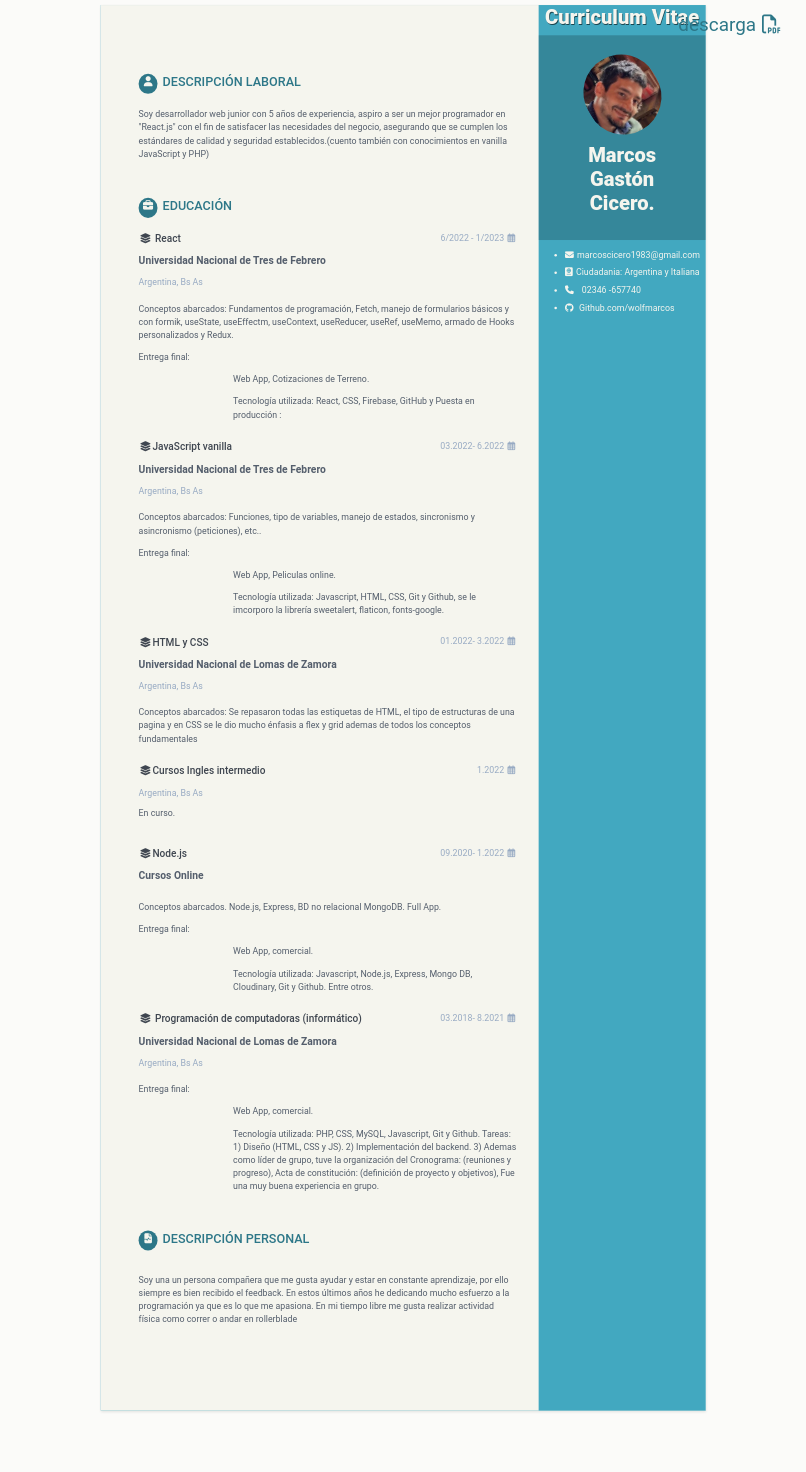
Repository: wolfmarcos/CV-Marcos-Cicero
Page: index.html
The author's editor kept a copy of each file at every save. The page is drawn from the files as they stood at one save, then again after a run of saves.
The browser window is 1280 px wide. The pictures show the whole page, at 63% of full size.
Some icons come from a web library that is not loaded, so they are not drawn. Some web fonts or font styles are not loaded; a fallback is used. Some web libraries are served in a nearby version.

Above is the page before, as saved 2023-01-27 18:24:32.

### index.html
<!DOCTYPE HTML>
<HTML lang="en">

<head>
    <meta charset="UTF-8">
    <meta http-equiv="X-UA-Compatible" content="IE=edge" />
    <meta name="viewport" content="width=device-width, initial-scale=1.0" />
    <link rel="preconnect" href="https://fonts.googleApps.com" />
    <link rel="preconnect" href="https://fonts.gstatic.com" crossorigin />
    <link href="https://fonts.googleApps.com/css2?family=Exo:wght@100&family=Zen+Dots&display=swap" rel="stylesheet" />
    <link rel="stylesheet" href="https://fonts.googleApps.com/css2?family=Material+Symbols+Outlined" />

    <!-- FontAwesome JS-->
    <script src="https://kit.fontawesome.com/708068a0d3.js" crossorigin="anonymous"></script>

    <!-- <script src="https://cdnjs.cloudflare.com/ajax/libs/jspdf/2.5.1/jspdf.umd.min.js"></script> -->
    <!-- <script defer src="https://cdnjs.cloudflare.com/ajax/libs/jspdf/1.5.3/jspdf.debug.js"></script> -->
    <!-- <script defer src="/assets/HTML2canva.js"></script> -->
    <script defer src="//cdn.jsdelivr.net/npm/sweetalert2@11"></script>
    <link rel="stylesheet" href="assets/indexCss.css">
    <script defer src="assets/app.js"></script>
    <title>CV</title>
</head>

<body>


    <!-- <a class="pdf" href="" target="blank"><span class="des">descarga</span>
        <div"><i class="fa-regular fa-file-pdf"></i></div>

        https://wolfmarcos.Github.io/CV-Marcos-Cicero/
    </a> -->

    <a class="pdf" href="https://wolfmarcos.Github.io/CV-Marcos-Cicero/assets/images/CV_Marcos_Cicero.pdf"
        target="_blank" download="CV_Marcos_Cicero"><span class="des">descarga</span>
        <div"><i class="fa-regular fa-file-pdf"></i></div>

    </a>



    <div class="wrapper mt-lg-5">
        <div class="sidebar-wrapper ">
            <h1 class="name titulo"> Curriculum Vitae </h1>
            <div class="profile-container">
                <img class="profile" src="assets/images/mgc.bmp" />
                <h1 class="name">Marcos Gastón Cicero.</h1>
                <h3 class="tagline"></h3>
            </div>

            <div class="contact-container container-block">
                <ul class="list-unstyled contact-list">
                    <li class="email"><i class="fa-solid fa-envelope"></i><a
                            href="mailto: marcoscicero1983@gmail.com">marcoscicero1983@gmail.com</a></li>
                    <li class="email"><i class="fa-solid fa-passport"></i><a>Ciudadania: Argentina y Italiana</a></li>
                    <li class="phone">
                        <i class="fa-solid fa-phone"></i>
                        <i class="fa-thin fa-phone-volume"></i>
                        <a href="tel:02346 -65774">02346 -657740 </a>
                    </li>
                    <li class="Github">
                        <!-- <i class="fa-brands fa-square-github"></i> -->
                        <i class="fa-brands fa-github"></i>

                        <a href="https://Github.com/wolfmarcos"
                            target="_blank">Github.com/wolfmarcos</a></li>



                </ul>
            </div>

        </div>

        <div class="main-wrapper">

            <section class="section summary-section">
                <h2 class="section-title"><span class="icon-holder"><i class="fa-solid fa-user"></i></span>Descripción
                    Laboral</h2>
                <div class="summary">
                    <p>Soy desarrollador web junior con 5 años de experiencia, aspiro a ser un mejor programador en
                        "React.js" con el fin de satisfacer las necesidades del negocio, asegurando que se cumplen los
                        estándares de calidad y seguridad establecidos.(cuento también con conocimientos en vanilla
                        JavaScript y PHP)</p>
                </div>
            </section>
            <section class="section experiences-section">
                <h2 class="section-title"><span class="icon-holder"><i
                            class="fa-solid fa-briefcase"></i></span>Educación</h2>

                <div class="item">
                    <div class="meta">
                        <div class="upper-row">
                            <h3 class="job-title"><i class="fa-solid fa-layer-group"></i> React </h3>
                            <h3>Universidad Nacional de Tres de Febrero</h3>
                            <div class="time">6/2022 - 1/2023 <i class="fa-regular fa-calendar-days"></i></div>
                            <div class="company">Argentina, Bs As </div>
                        </div>
                    </div>
                    <div class="details">
                        <p>Conceptos abarcados: Fundamentos de programación, Fetch, manejo de formularios básicos y con
                            formik, useState, useEffectm, useContext, useReducer, useRef, useMemo, armado de Hooks
                            personalizados y Redux.</p>
                        <p>Entrega final: </p>


                        <div class="centro">
                            <p> Web App, Cotizaciones de Terreno.</p>
                            <p> Tecnología utilizada: React, CSS, Firebase, GitHub y Puesta en producción : </p>
                        </div>
                    </div>
                </div>

                <div class="item">
                    <div class="meta">
                        <div class="upper-row">
                            <h3 class="job-title"><i class="fa-solid fa-layer-group"></i>JavaScript
                                vanilla </h3>
                            <h3>Universidad Nacional de Tres de Febrero</h3>
                            <div class="time">03.2022- 6.2022 <i class="fa-regular fa-calendar-days"></i></div>
                            <div class="company">Argentina, Bs As </div>
                        </div>
                    </div>
                    <div class="details">
                        <p>Conceptos abarcados: Funciones, tipo de variables, manejo de
                            estados, sincronismo y asincronismo (peticiones), etc..</p>
                        <p>Entrega final: </p>
                        <div class="centro">
                            <p>
                                Web App, Peliculas online.</p>
                            <p>
                                Tecnología utilizada: Javascript, HTML, CSS, Git y Github, se le imcorporo la librería
                                sweetalert, flaticon, fonts-google. </p>
                        </div>
                    </div>
                </div>


                <div class="item">
                    <div class="meta">
                        <div class="upper-row">
                            <h3 class="job-title"><i class="fa-solid fa-layer-group"></i>HTML y CSS
                            </h3>
                            <h3>
                                Universidad Nacional de Lomas de Zamora
                            </h3>
                            <div class="time">01.2022- 3.2022 <i class="fa-regular fa-calendar-days"></i> </div>
                            <div class="company">Argentina, Bs As </div>
                        </div>
                    </div>
                    <div class="details">
                        <p>Conceptos abarcados: Se repasaron todas las estiquetas de HTML, el tipo de estructuras de una
                            pagina y en CSS se le dio mucho énfasis a flex y grid ademas de todos los conceptos
                            fundamentales</p>
                    </div>
                </div>

                <div class="item">
                    <div class="meta">
                        <div class="upper-row">
                            <h3 class="job-title"><i class="fa-solid fa-layer-group"></i>Cursos Ingles intermedio </h3>
                            <div class="time">1.2022 <i class="fa-regular fa-calendar-days"></i></div>
                            <h3></h3>
                            <div class="company">Argentina, Bs As </div>
                            <p>En curso.</p>
                        </div>
                    </div>
                    <div class="details">
                        <p></p>
                        <p> </p>
                    </div>
                </div>

                <div class="item">
                    <div class="meta">
                        <div class="upper-row">
                            <h3 class="job-title"><i class="fa-solid fa-layer-group"></i>Node.js </h3>
                            <h3>Cursos Online</h3>

                            <div class="time">09.2020- 1.2022 <i class="fa-regular fa-calendar-days"></i></div>
                        </div>
                    </div>
                    <div class="details">
                        <p>Conceptos abarcados. Node.js, Express, BD no relacional MongoDB. Full App.</p>

                        <p>Entrega final: </p>
                        <div class="centro">
                            <p>
                                Web App, comercial.</p>
                            <p>
                                Tecnología utilizada: Javascript, Node.js, Express, Mongo DB, Cloudinary, Git y Github.
                                Entre otros. </p>
                        </div>
                    </div>
                </div>

                <div class="item">
                    <div class="meta">
                        <div class="upper-row">
                            <h3 class="job-title"><i class="fa-solid fa-layer-group"></i> Programación de computadoras
                                (informático) </h3>

                            <h3> Universidad Nacional de Lomas de Zamora </h3>
                            <div class="time">03.2018- 8.2021 <i class="fa-regular fa-calendar-days"></i></div>
                            <div class="company">Argentina, Bs As </div>
                        </div>
                    </div>
                    <div class="details">
                        <p>Entrega final:</p>
                        <div class="centro">

                            <p> Web App, comercial.</p>
                            <p>
                                Tecnología utilizada: PHP, CSS, MySQL, Javascript, Git y Github.
                                Tareas: 1) Diseño (HTML, CSS y JS). 2) Implementación del backend. 3) Ademas como líder de
                                grupo, tuve la organización del Cronograma: (reuniones y progreso), Acta de
                                constitución: (definición de proyecto y objetivos), Fue una muy buena experiencia en
                                grupo. </p>
                        </div>
                    </div>
                </div>





            </section>



            <section class="skills-section section">
                <h2 class="section-title"><span class="icon-holder"> <i
                            class="fa-solid fa-file-waveform"></i></span>Descripción personal</h2>
                <div class="skillset">
                    <div class="item">
                        <p>Soy una un persona compañera que me gusta ayudar y estar en constante aprendizaje, por ello siempre es
                            bien recibido el feedback. En estos últimos años he dedicando mucho esfuerzo a la
                            programación ya que es lo que me apasiona. En mi tiempo libre me gusta realizar actividad física como correr o andar en rollerblade</p>


                    </div>
            </section>

        </div>
    </div>

    <footer class="footer">

        <div class="text-center">

        </div>
    </footer>



</body>

</HTML>

### assets/indexCss.css
body {
  font-family: "Roboto", sans-serif;
  color: #545E6C;
  background: #fbfbf8d4;
  font-size: 14px;
  -webkit-font-smoothing: antialiased;
  -moz-osx-font-smoothing: grayscale;
}

h1, h2, h3, h4, h5, h6 {
  font-weight: 700;
}

a {
  color: #2d7788;
  text-decoration: none;
}
a:hover {
  text-decoration: underline;
  color: #1a454f;
transition: all 0.4s ease-in-out;
  -moz-transition: all 0.4s ease-in-out;
  -ms-transition: all 0.4s ease-in-out;
  -o-transition: all 0.4s ease-in-out;
}
a:focus {
  text-decoration: none;
}

p {
  line-height: 1.5;
}

.wrapper {
  background: #42A8C0;
  max-width: 960px;
  margin: 0 auto;
  position: relative;
  box-shadow: 0px 2px 4px rgba(0, 0, 0, 0.1);
}


.titulo{  text-shadow:1px 1px 1px #1a454f ;
 text-align: center;
 margin-top: 10px;
}
.centro{
  margin-left: 25%;
  /* text-align: center; */
  /* background-color: #fb866a; */

}

.sidebar-wrapper {

  background: #42A8C0;
  position: absolute;
  right: 0;
  width: 265px;
  height: 100%;
  /* min-height: 800px; */
  color: #f5f5ee;

}
.sidebar-wrapper a {
  color: #f5f5ee;
  padding: 3px;
}
.sidebar-wrapper .profile-container {
  padding: 30px;
  background: rgba(0, 0, 0, 0.2);
  text-align: center;
  color: #f5f5ee;
}
.sidebar-wrapper .name {
  font-size: 32px;
  font-weight: 900;
  margin-top: 0;
  margin-bottom: 10px;
}
.sidebar-wrapper .tagline {
  color: rgba(255, 255, 255, 0.6);
  font-size: 16px;
  font-weight: 400;
  margin-top: 0;
  margin-bottom: 0;
}
.sidebar-wrapper .profile {
  border-radius :150px;
  margin-bottom: 10px;
  width: 120px;
  transform: rotate(-30deg);
}
i{padding: 2px;}
.sidebar-wrapper .contact-list .svg-inline--fa {
  margin-right: 1px;
  font-size: 18px;
  vertical-align: middle;
}
.sidebar-wrapper .contact-list li {

  margin-bottom: 10px;


}
.sidebar-wrapper .contact-list li:last-child {
  margin-bottom: 0;
}
.sidebar-wrapper .contact-list .email .svg-inline--fa {
  font-size: 14px;
}
.sidebar-wrapper .container-block {
  padding: 0px;
}
.sidebar-wrapper .container-block-title {
  text-transform: uppercase;
  font-size: 16px;
  font-weight: 700;
  margin-top: 0;
  margin-bottom: 15px;
}
.sidebar-wrapper .degree {
  font-size: 14px;
  margin-top: 0;
  margin-bottom: 5px;
}
.sidebar-wrapper .education-container .item {
  margin-bottom: 15px;
}
.item:hover{
  box-shadow:1px 2px 3px 1px rgba(30, 27, 27, 0.124);
  padding: 10px;
  margin: 0px;
}
.sidebar-wrapper .education-container .item:last-child {
  margin-bottom: 0;
}
.sidebar-wrapper .education-container .meta {
  color: rgba(255, 255, 255, 0.6);
  font-weight: 500;
  margin-bottom: 0px;
  margin-top: 0;
  font-size: 14px;
}
.sidebar-wrapper .education-container .time {
  color: rgba(255, 255, 255, 0.6);
  font-weight: 500;
  margin-bottom: 0px;
}
.sidebar-wrapper .languages-container .lang-desc {
  color: rgba(255, 255, 255, 0.6);
}
.sidebar-wrapper .languages-list {
  margin-bottom: 0;
}
.sidebar-wrapper .languages-list li {
  margin-bottom: 10px;
}
.sidebar-wrapper .languages-list li:last-child {
  margin-bottom: 0;
}
.sidebar-wrapper .interests-list {
  margin-bottom: 0;
}
.sidebar-wrapper .interests-list li {
  margin-bottom: 10px;
}
.sidebar-wrapper .interests-list li:last-child {
  margin-bottom: 0;
}

.main-wrapper {
  background: #f5f5ee;
  padding: 60px;
  padding-right: 300px;
}
.main-wrapper .section-title {
  text-transform: uppercase;
  font-size: 20px;
  font-weight: 500;
  color: #2d7788;
  position: relative;
  margin-top: 50px;
  margin-bottom: 20px;
}
.main-wrapper .section-title .icon-holder {
  width: 30px;
  height: 30px;
  margin-right: 8px;
  display: inline-block;
  color: #f5f5ee;
  border-radius: 50%;
  -moz-background-clip: padding;
  -webkit-background-clip: padding-box;
  background-clip: padding-box;
  background: #2d7788;
  text-align: center;
  font-size: 16px;
  position: relative;
  top: -2px;
  padding-top: 2px;
}
.main-wrapper .section-title .icon-holder .svg-inline--fa {
  font-size: 14px;
  margin-top: 6px;
}
.main-wrapper .section {
  margin-bottom: 60px;
}
.main-wrapper .experiences-section .item {
  margin-bottom: 30px;
}
.main-wrapper .upper-row {
  position: relative;
  overflow: hidden;
  margin-bottom: 2px;
}
.main-wrapper .job-title {
  color: #3F4650;
  font-size: 16px;
  margin-top: 0;
  margin-bottom: 0;
  font-weight: 500;
}
.main-wrapper .time {
  position: absolute;
  right: 0;
  top: 0;
  color: #97AAC3;
}
.main-wrapper .company {
  margin-bottom: 10px;
  color: #97AAC3;
}
.main-wrapper .project-title {
  font-size: 16px;
  font-weight: 400;
  margin-top: 0;
  margin-bottom: 5px;
}
.main-wrapper .projects-section .intro {
  margin-bottom: 30px;
}
.main-wrapper .projects-section .item {
  margin-bottom: 15px;
}

.skillset .item {
  margin-bottom: 15px;
  overflow: hidden;
}
.skillset .level-title {
  font-size: 14px;
  margin-top: 0;
  margin-bottom: 12px;
}
.skillset .level-bar {
  height: 12px;
  background: #f5f5f5;
  border-radius: 2px;
  -moz-background-clip: padding;
  -webkit-background-clip: padding-box;
  background-clip: padding-box;
}
.skillset .theme-progress-bar {
  background: #68bacd;
}

.footer {
  padding: 30px;
  padding-top: 60px;
}
.footer .copyright {
  line-height: 1.6;
  color: #545E6C;
  font-size: 13px;
}
.footer .fa-heart {
  color: #fb866a;
}

@media (max-width: 800.98px) {
  span{
    visibility: hidden;
  }
  .pdf{
margin: 0;
    font-size: 25px;

  }
  .pdf:hover>.des{
    visibility: visible;
    transition: all 1s;
    background-color: rgba(250, 235, 215, 0.007);


  }
  .sidebar-wrapper {
    position: static;
    width: inherit;
  }

  .main-wrapper {
    padding: 30px;
  }

  .main-wrapper .time {
    position: static;
    display: block;
    margin-top: 5px;
  }

  .main-wrapper .upper-row {
    margin-bottom: 0;
  }
}
@media (min-width: 992px) {
  .skillset .level-title {
    display: inline-block;
    float: left;
    width: 30%;
    margin-bottom: 0;
  }

}
.pdf{
  margin: 1% 3%;
  position: fixed;
right: 0;
font-size: 30px;
  z-index: 100;

}

### assets/app.js

// import html2canvas from '/html2canva';

const boton= document.querySelector(".pdf");
const ContenedorPDF= document.querySelector(".wrapper");


boton.addEventListener("click",(e)=>{
    //  alert("hola")
    // e.preventDefault()
    // Swal.fire({
    //   imageUrl: 'https://placeholder.pics/svg/300x1500',
    //   imageHeight: 1500,
    //   imageAlt: 'A tall image'


    // })


    //  Swal.fire({
    //   position: 'left',
    //   icon: 'success',
    //   title: 'Puede contactarme cuando guste.gracias!',
    //   showConfirmButton: false,
    //   timer: 1500
    // })

    //  document.body
        // html2canvas(ContenedorPDF).then(function
        //     (canvas) {

        //         let constanteURL=canvas.toDataURL("image/png")




        //     let doc = new jsPDF('p','pt','legal');

        //         let width =doc.internal.pageSize.getWidth();
        //         let height =canvas.height * width/ canvas.width;

        //         doc.addImage(constanteURL, 'PNG',18,-50, width-25, height-350)
        //         doc.save("ouput.pdf")




        //     })



          })

After the next 2 saves:
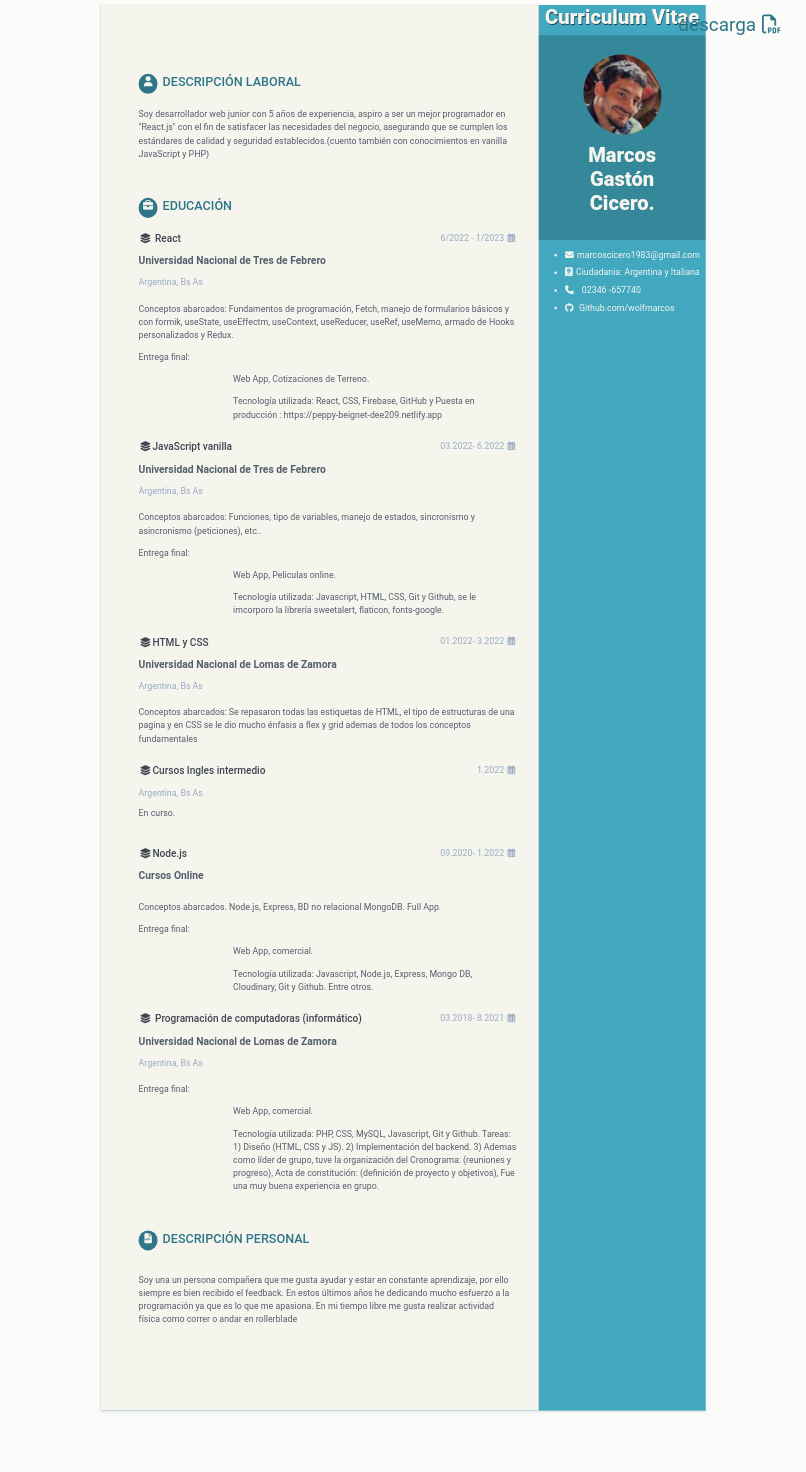
The 2 saves are shown as one change because they came seconds apart.
The last was saved 26 s later.
--- a/index.html
+++ b/index.html
@@ -106,7 +106,7 @@
 
                         <div class="centro">
                             <p> Web App, Cotizaciones de Terreno.</p>
-                            <p> Tecnología utilizada: React, CSS, Firebase, GitHub y Puesta en producción : </p>
+                            <p> Tecnología utilizada: React, CSS, Firebase, GitHub y Puesta en producción : https://peppy-beignet-dee209.netlify.app </p>
                         </div>
                     </div>
                 </div>
